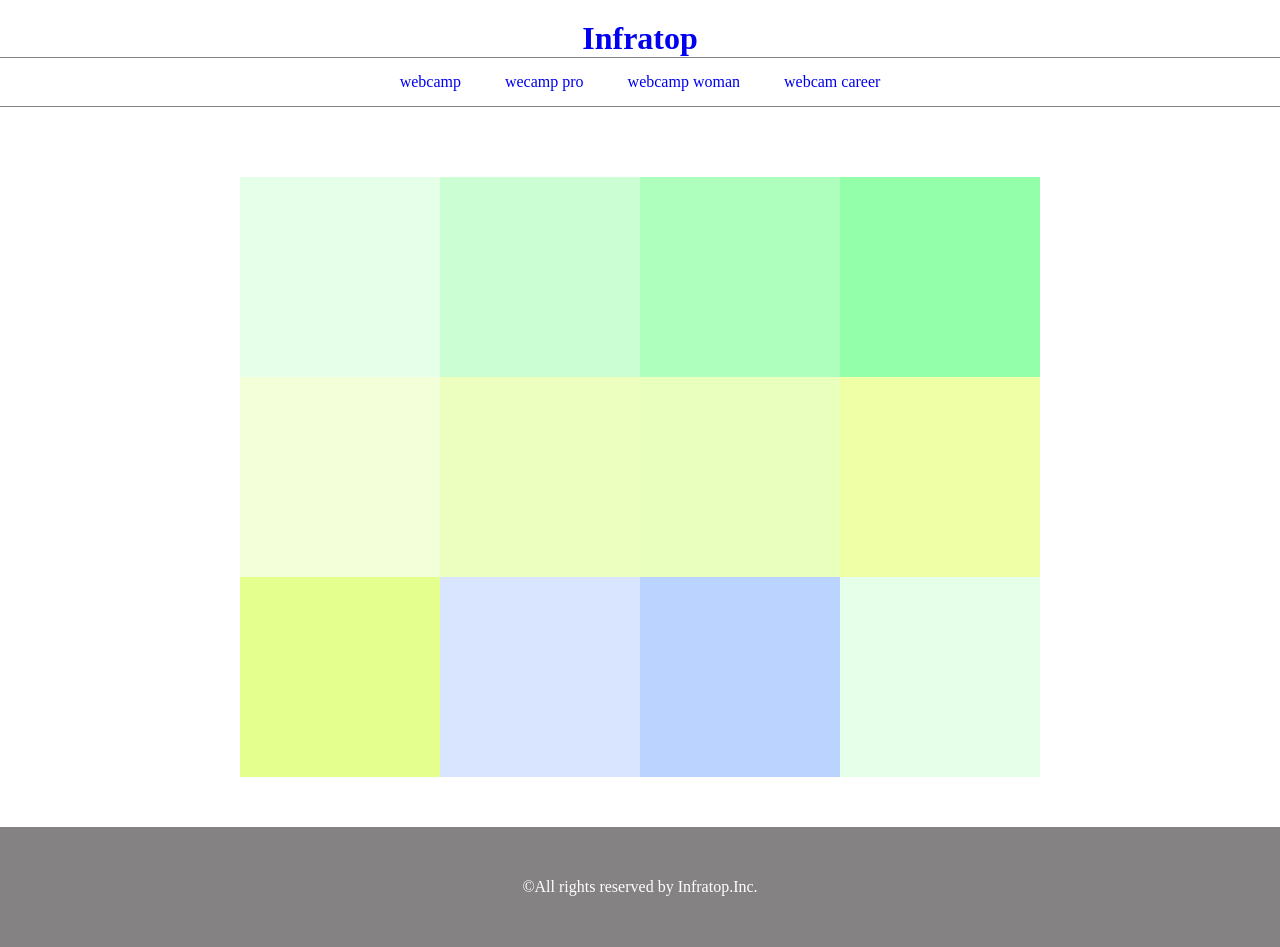
Repository: ego-boosting/assightment_1
Page: infratop/index.html
The author's editor kept a record of every edit. The page is drawn from the files as they stood at one moment, then again after the next edit.
The browser window is 1280 px wide. The pictures show the whole page.

Above is the page before.

After the next edit:
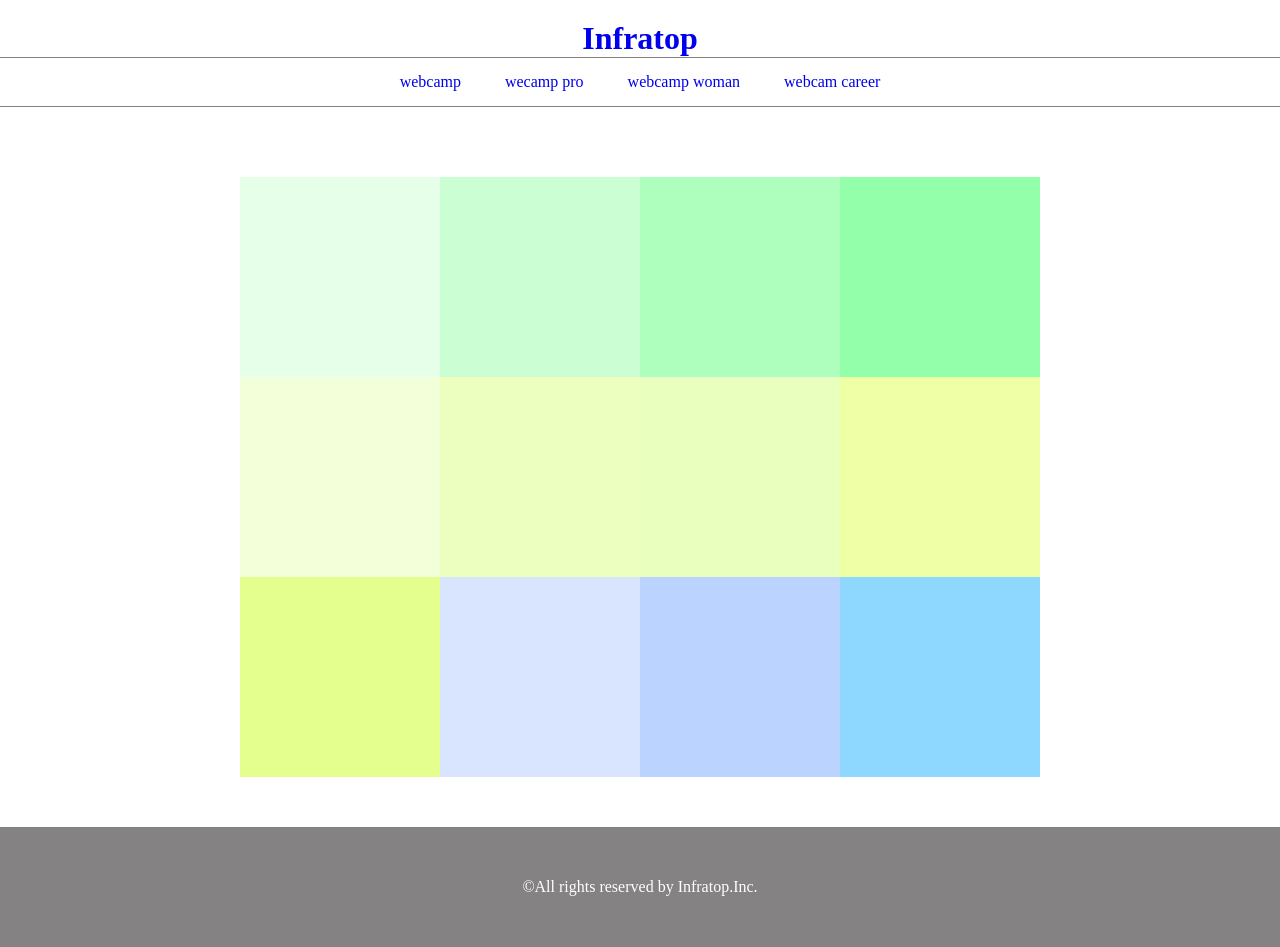
The edit:
--- a/infratop/style.css
+++ b/infratop/style.css
@@ -110,7 +110,7 @@
 .box12{
   width: 200px;
   height: 200px;
-  background-color: #e6ffe9;
+  background-color: #8ed8ff;
 }
 
 footer{
